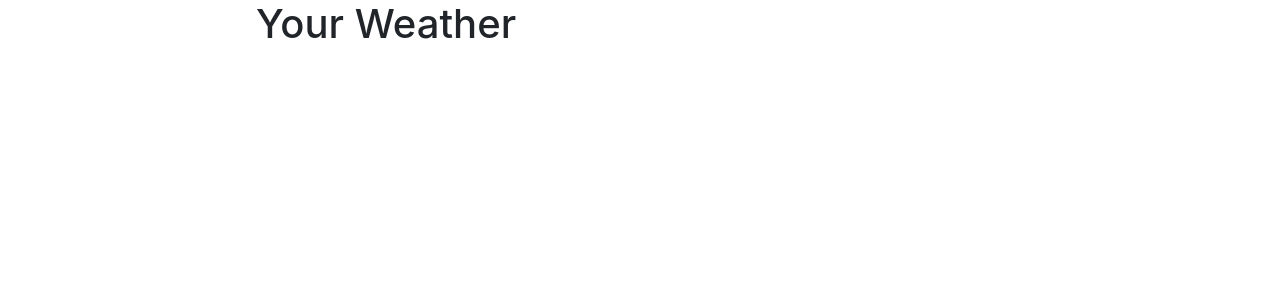
Repository: Mf948/YourWeather
Page: index.html
These files come from the project's save history. The page is drawn as it stood at one moment and after a run of saves; the edit follows.
The browser window is 1280 px wide. The pictures show the whole page.

Above is the page before, as saved 2020-12-14 19:14:00.

### index.html
<!DOCTYPE html>
<html lang="en">
<head>
    <meta charset="UTF-8">
    <meta name="viewport" content="width=device-width, initial-scale=1.0">
    <title>Your Weather</title>
 <link rel="stylesheet" href="Style.css">
 <link rel="stylesheet" href="https://maxcdn.bootstrapcdn.com/bootstrap/4.0.0/css/bootstrap.min.css" integrity="sha384-Gn5384xqQ1aoWXA+058RXPxPg6fy4IWvTNh0E263XmFcJlSAwiGgFAW/dAiS6JXm" crossorigin="anonymous">

</head>
<body>
    <div class="navtitle">
        <h1>Your Weather</h1>
    </div>

</body>
</html>

### Style.css
.navtitle {
    margin: auto;
    width: 60%;
    border: 3px
    padding: 10px;
}

After the next 2 saves:
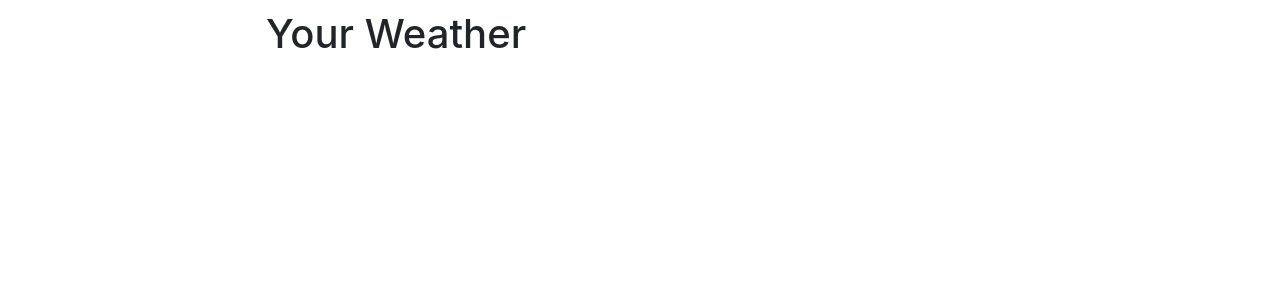
The 2 saves are shown as one change because they came seconds apart.
The last was saved 8 s later.
--- a/Style.css
+++ b/Style.css
@@ -1,6 +1,5 @@
 .navtitle {
     margin: auto;
     width: 60%;
-    border: 3px
     padding: 10px;
 }
